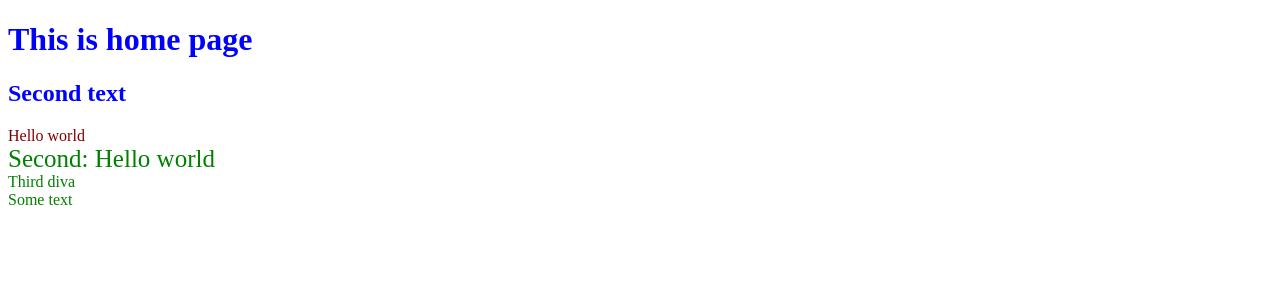
Repository: Vincerenko/Web-site
Page: http://localhost/index
An editor plug-in stored every save of this project. The page is shown before and after the next save, followed by the edit.
The browser window is 1280 px wide. The pictures show the whole page.
The page is this project's Thymeleaf template; nobody is signed in. The template is opened directly, without the code that normally fills it, so the values that code supplies are empty.

Above is the page before, as saved 2021-03-12 18:44:11.

After the next save:
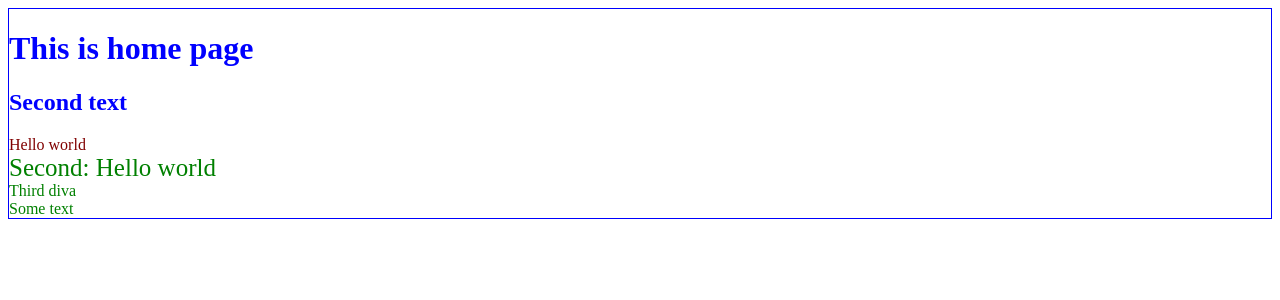
Saved 10 s later.
--- a/ckj_13_mvc/src/main/resources/templates/index.html
+++ b/ckj_13_mvc/src/main/resources/templates/index.html
@@ -7,7 +7,7 @@
 </head>
 
 <body>
-	<div class="cotainer">
+	<div class="container">
 		<h1>This is home page</h1>
 		<h2>Second text</h2>
 		<div id="first">Hello world</div>
